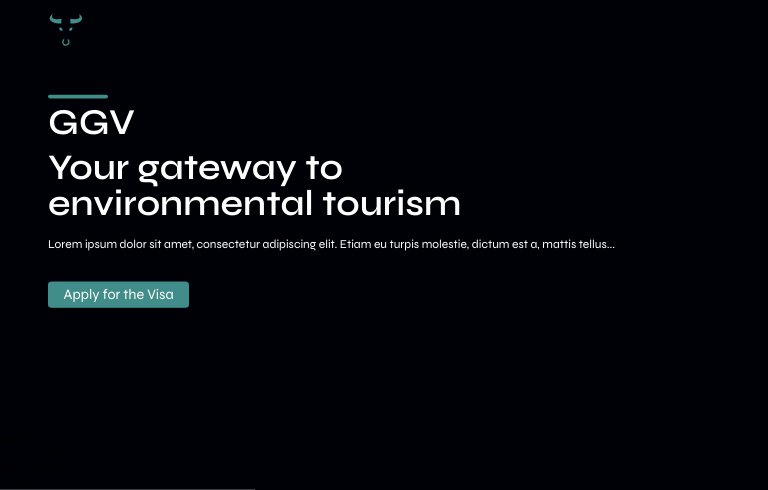
Repository: EngrAhmadUmar/landing-page
Page: /main
The author's editor kept a copy of each file at every save. The page is drawn from the files as they stood at one save, then again after the next save.
The browser window is 1280 px wide. The pictures show the whole page, at 60% of full size.
The page's requests for data from a server got no answer. The project was rebuilt for these pictures with package versions that can differ from the ones it lists, and the page was loaded fresh each time. The framework's server and built-in components were replaced by stand-ins that run in the browser. No one was signed in, and anything a server would have sent is missing. Also part of the build but not shown: next.config.js.

Above is the page before, as saved 2022-06-27 17:02:08.

After the next save:
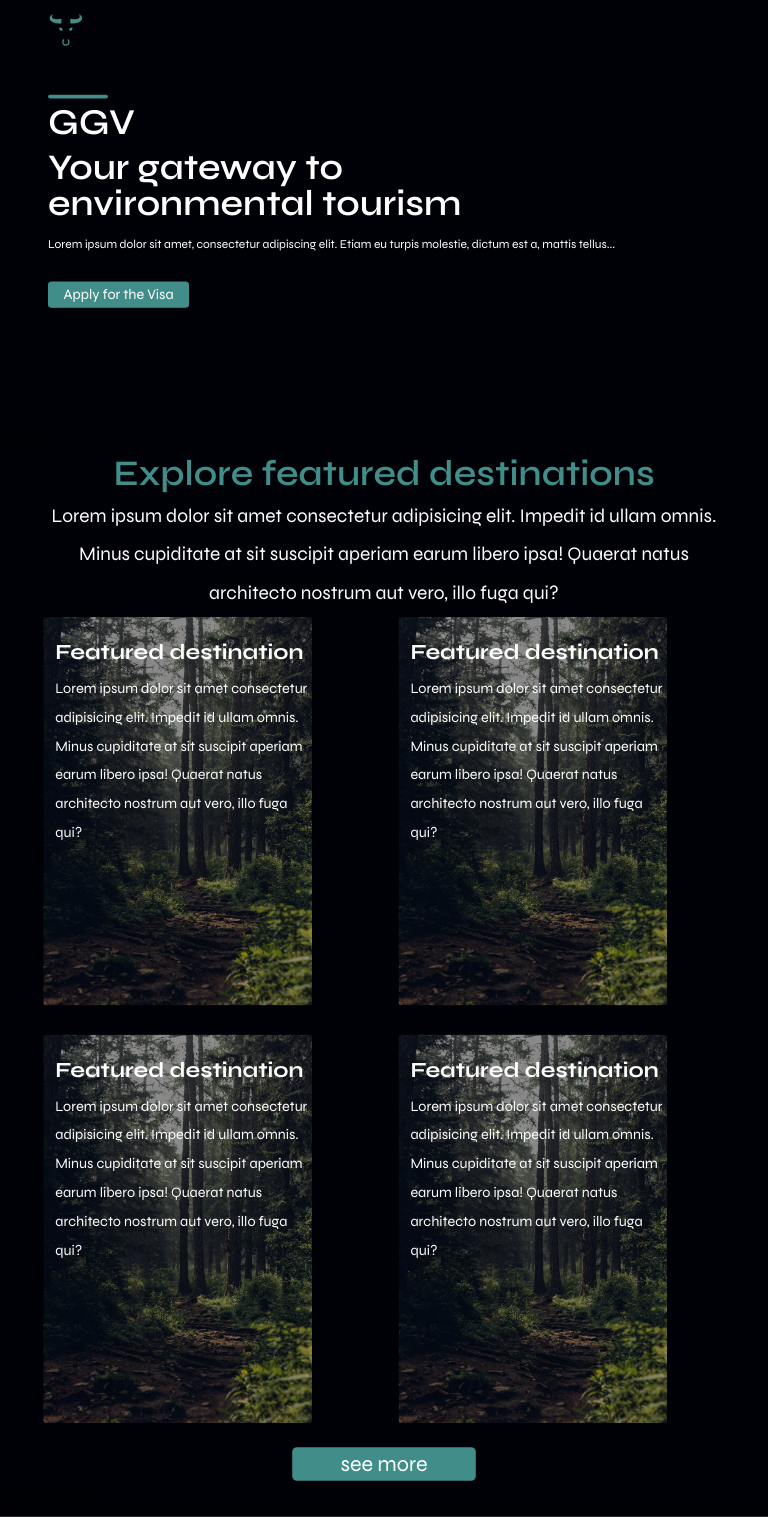
Saved 4 min 28 s later.
--- a/src/Components/MainPageComponents/FeaturedDestinations.jsx
+++ b/src/Components/MainPageComponents/FeaturedDestinations.jsx
@@ -1,7 +1,93 @@
 import React from "react";
+import DestinationCard from "./DestinationCard";
+import Link from "next/link";
+import { useQuery, gql } from "@apollo/client";
+
+const featuredDestinations = gql`
+  query GetfeaturedDestinations {
+    futureDestinations {
+      data {
+        id
+        attributes {
+          title
+          short_description
+        }
+      }
+    }
+  }
+`;
 
 const FeaturedDestinations = () => {
-  return <div>FeaturedDestinations</div>;
+  try {
+    const { loading, error, data } = useQuery(featuredDestinations);
+    if (loading) return <p>Loading...</p>;
+    if (error) {
+      console.log("couldn't fetch");
+      console.log("Try me!!!!");
+      console.log(error);
+    } else {
+      destinations = data.futureDestinations.data;
+    }
+  } catch (error) {
+    console.log("couldn't fetch");
+    console.log(error);
+  }
+
+  return (
+    <div className="bg-[#000107] font-syne flex justify-center text-center text-white">
+      <div className="mt-[1rem] max-w-[90vw]">
+        <div className="">
+          <h3 className="text-3xl lg:text-4xl xl:text-6xl text-[#418D89] font-semibold">
+            Explore featured destinations
+          </h3>
+        </div>
+        <p className="mt-2 leading-loose text-[1rem] lg:text-[1.2rem] xl:text-[2rem] ">
+          Lorem ipsum dolor sit amet consectetur adipisicing elit. Impedit id
+          ullam omnis. Minus cupiditate at sit suscipit aperiam earum libero
+          ipsa! Quaerat natus architecto nostrum aut vero, illo fuga qui?
+        </p>
+
+        <div className="grid grid-cols-1 p-2 gap-12 md:grid-cols-2 lg:grid-cols-2">
+          {destinations.map((destination) => {
+            return (
+              <DestinationCard
+                title={destination.title}
+                short_description={destination.short_description}
+              />
+            );
+          })}
+        </div>
+        <button className="bg-[#418d89] py-2 rounded-lg mt-8 mb-3 py-1">
+          <Link href="#">
+            <a className="px-20 text-lg md:text-2xl lg:text-4xl">see more</a>
+          </Link>
+        </button>
+      </div>
+    </div>
+  );
 };
 
+let destinations = [
+  {
+    title: "Featured destination",
+    short_description:
+      "Lorem ipsum dolor sit amet consectetur adipisicing elit. Impedit id ullam omnis. Minus cupiditate at sit suscipit aperiam earum libero ipsa! Quaerat natus architecto nostrum aut vero, illo fuga qui?"
+  },
+  {
+    title: "Featured destination",
+    short_description:
+      "Lorem ipsum dolor sit amet consectetur adipisicing elit. Impedit id ullam omnis. Minus cupiditate at sit suscipit aperiam earum libero ipsa! Quaerat natus architecto nostrum aut vero, illo fuga qui?"
+  },
+  {
+    title: "Featured destination",
+    short_description:
+      "Lorem ipsum dolor sit amet consectetur adipisicing elit. Impedit id ullam omnis. Minus cupiditate at sit suscipit aperiam earum libero ipsa! Quaerat natus architecto nostrum aut vero, illo fuga qui?"
+  },
+  {
+    title: "Featured destination",
+    short_description:
+      "Lorem ipsum dolor sit amet consectetur adipisicing elit. Impedit id ullam omnis. Minus cupiditate at sit suscipit aperiam earum libero ipsa! Quaerat natus architecto nostrum aut vero, illo fuga qui?"
+  }
+];
+
 export default FeaturedDestinations;
